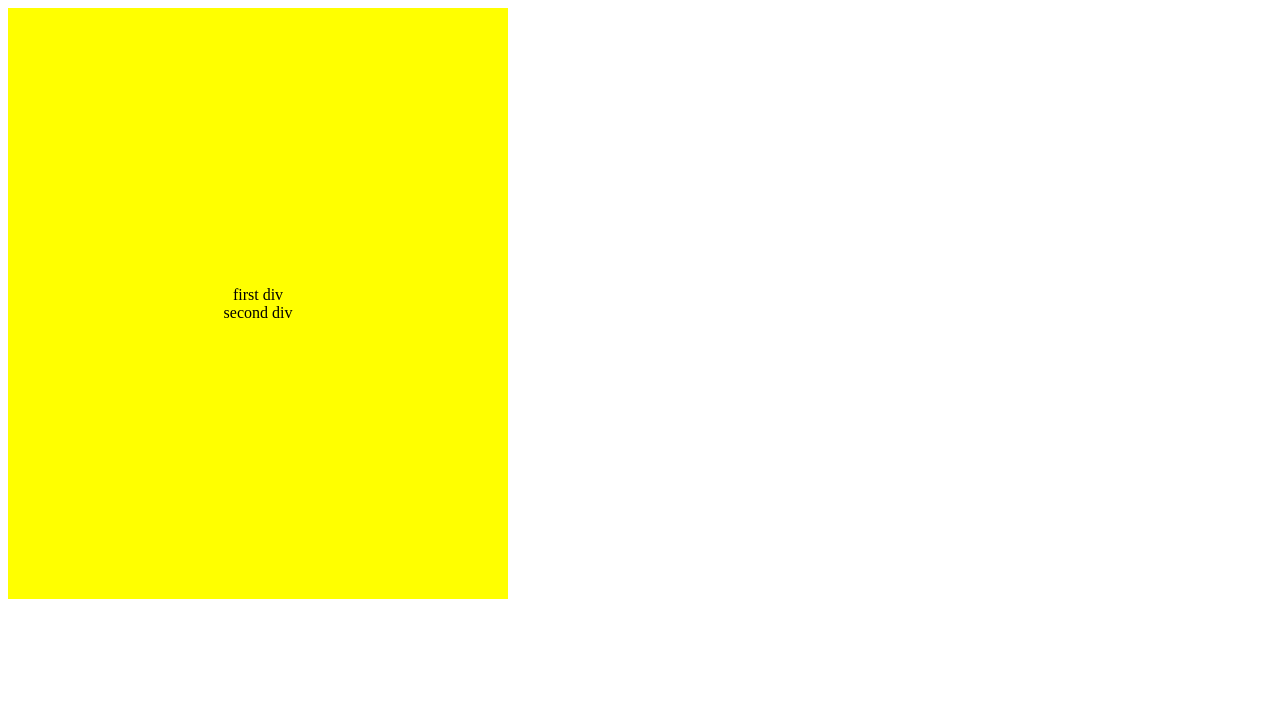
Repository: WajihaGul/Weather-App
Page: /
These files come from the project's save history. The page is drawn as it stood at one moment and after the next save; the edit follows.
The browser window is 1280 px wide. The pictures show the whole page.
The project was rebuilt for these pictures with package versions that can differ from the ones it lists, and the page was loaded fresh each time. Also part of the build but not shown: src/index.css.

Above is the page before, as saved 2024-05-29 15:54:53.

After the next save:
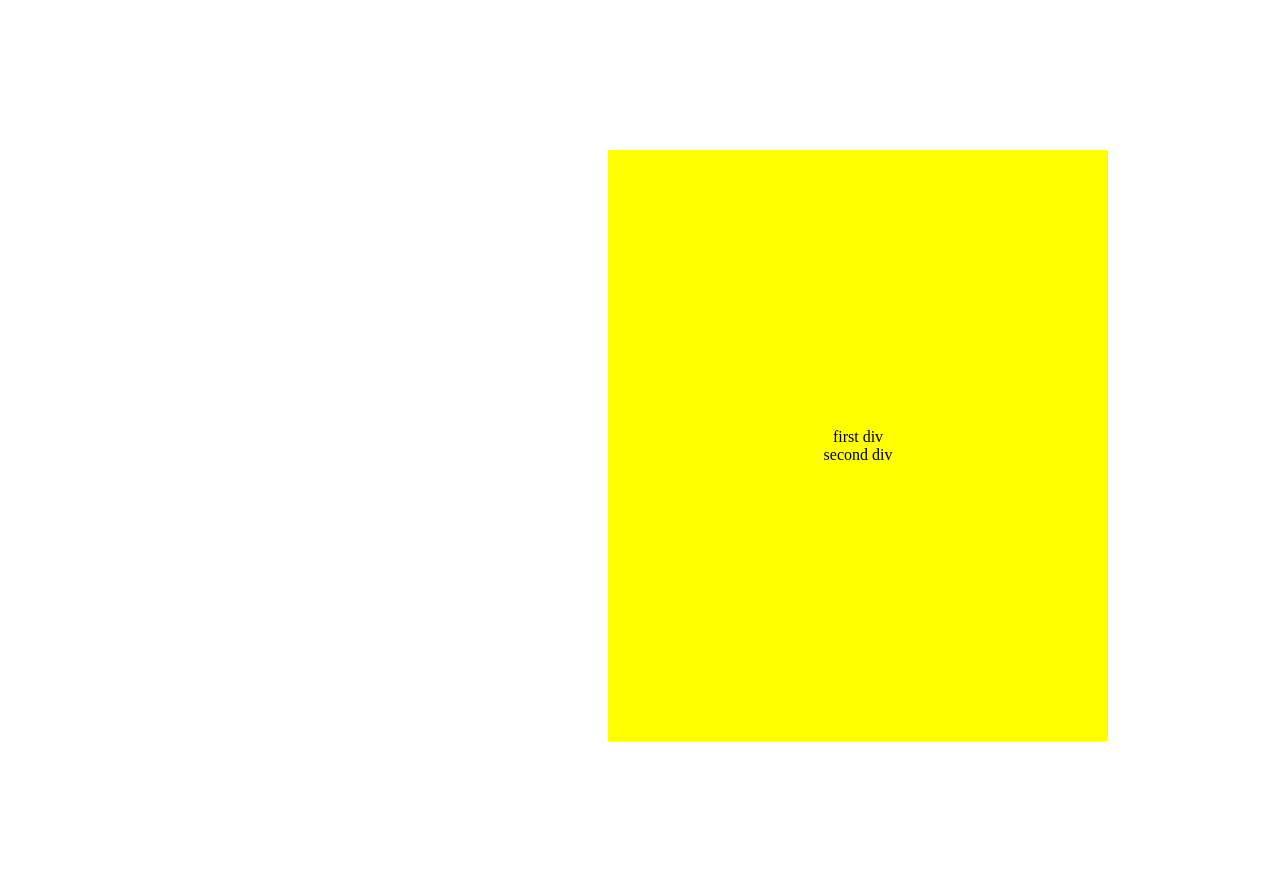
Saved 2 min 43 s later.
--- a/src/Components/Weather/Weather.module.css
+++ b/src/Components/Weather/Weather.module.css
@@ -2,9 +2,12 @@
     align-items: center;
     justify-content: center;
     display: flex;
-    /* padding: 273px; */
     flex-direction: column;
     height: 591px;
     width: 500px;
     background-color: yellow;
+    margin-left: 600px;
+    margin-right: 600px;
+    margin-bottom: 150px;
+    margin-top: 150px;
 }
